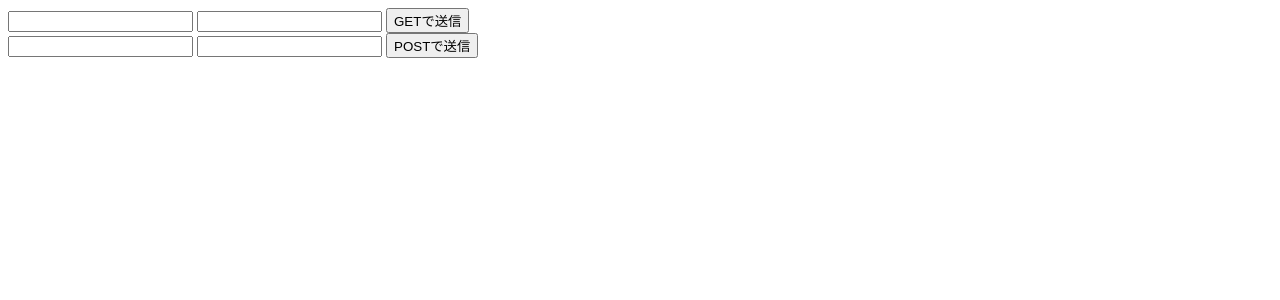
Repository: khlee12/JSP-tutorial
Page: http://localhost/WebApp-01/inputForm.jsp
An editor plug-in stored every save of this project. The page is shown before and after the next save, followed by the edit.
The browser window is 1280 px wide. The pictures show the whole page.
The page is served by Tomcat 9. Other server files are loaded and not shown.

Above is the page before, as saved 2017-05-04 06:11:46.

### WebApp-01/WebContent/inputForm.jsp
<%@ page language="java" contentType="text/html; charset=UTF-8"
    pageEncoding="UTF-8"%>
<!DOCTYPE html PUBLIC "-//W3C//DTD HTML 4.01 Transitional//EN" "http://www.w3.org/TR/html4/loose.dtd">
<html>
<head>
<meta http-equiv="Content-Type" content="text/html; charset=UTF-8">
<title>Insert title here</title>
</head>
<body>

	<form action="./FormServlet">
		<input type="text" name="text1">
		<input type="text" name="text2">
		<input type="submit" value="GETで送信">
	</form>

	<form method="post" action="./FormServlet">
		<input type="text" name="text1">
		<input type="text" name="text2">
		<input type="submit" value="POSTで送信">
	</form>
</body>
</html>

After the next save:
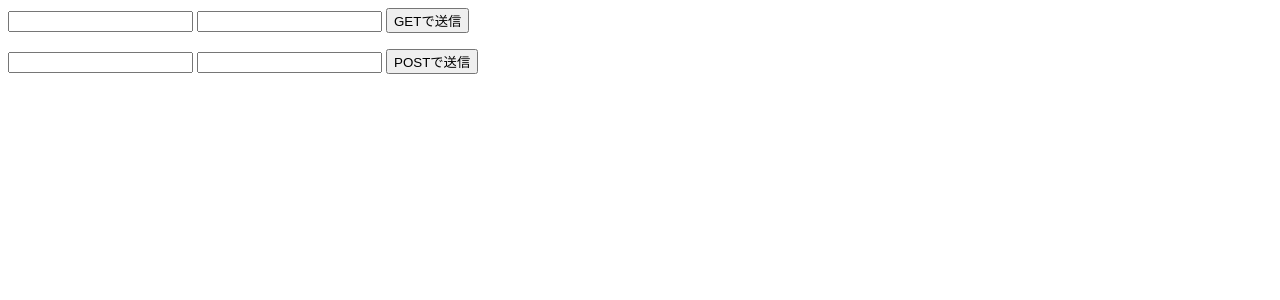
Saved 3 min 16 s later.
--- a/WebApp-01/WebContent/inputForm.jsp
+++ b/WebApp-01/WebContent/inputForm.jsp
@@ -1,6 +1,6 @@
 <%@ page language="java" contentType="text/html; charset=UTF-8"
     pageEncoding="UTF-8"%>
-<!DOCTYPE html PUBLIC "-//W3C//DTD HTML 4.01 Transitional//EN" "http://www.w3.org/TR/html4/loose.dtd">
+<!-- <!DOCTYPE html PUBLIC "-//W3C//DTD HTML 4.01 Transitional//EN" "http://www.w3.org/TR/html4/loose.dtd"> -->
 <html>
 <head>
 <meta http-equiv="Content-Type" content="text/html; charset=UTF-8">

After the save that followed:
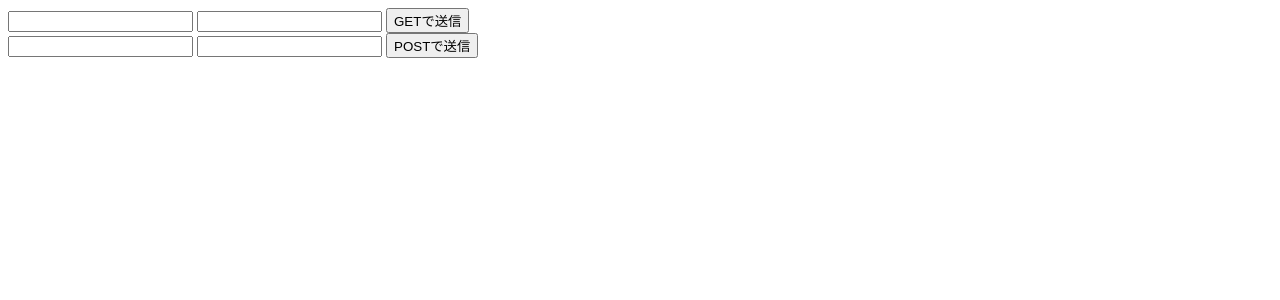
Saved 87 s later.
--- a/WebApp-01/WebContent/inputForm.jsp
+++ b/WebApp-01/WebContent/inputForm.jsp
@@ -1,9 +1,11 @@
 <%@ page language="java" contentType="text/html; charset=UTF-8"
     pageEncoding="UTF-8"%>
 <!-- <!DOCTYPE html PUBLIC "-//W3C//DTD HTML 4.01 Transitional//EN" "http://www.w3.org/TR/html4/loose.dtd"> -->
+<!DOCTYPE html>
+
 <html>
 <head>
-<meta http-equiv="Content-Type" content="text/html; charset=UTF-8">
+<!-- <meta http-equiv="Content-Type" content="text/html; charset=UTF-8"> -->
 <title>Insert title here</title>
 </head>
 <body>
